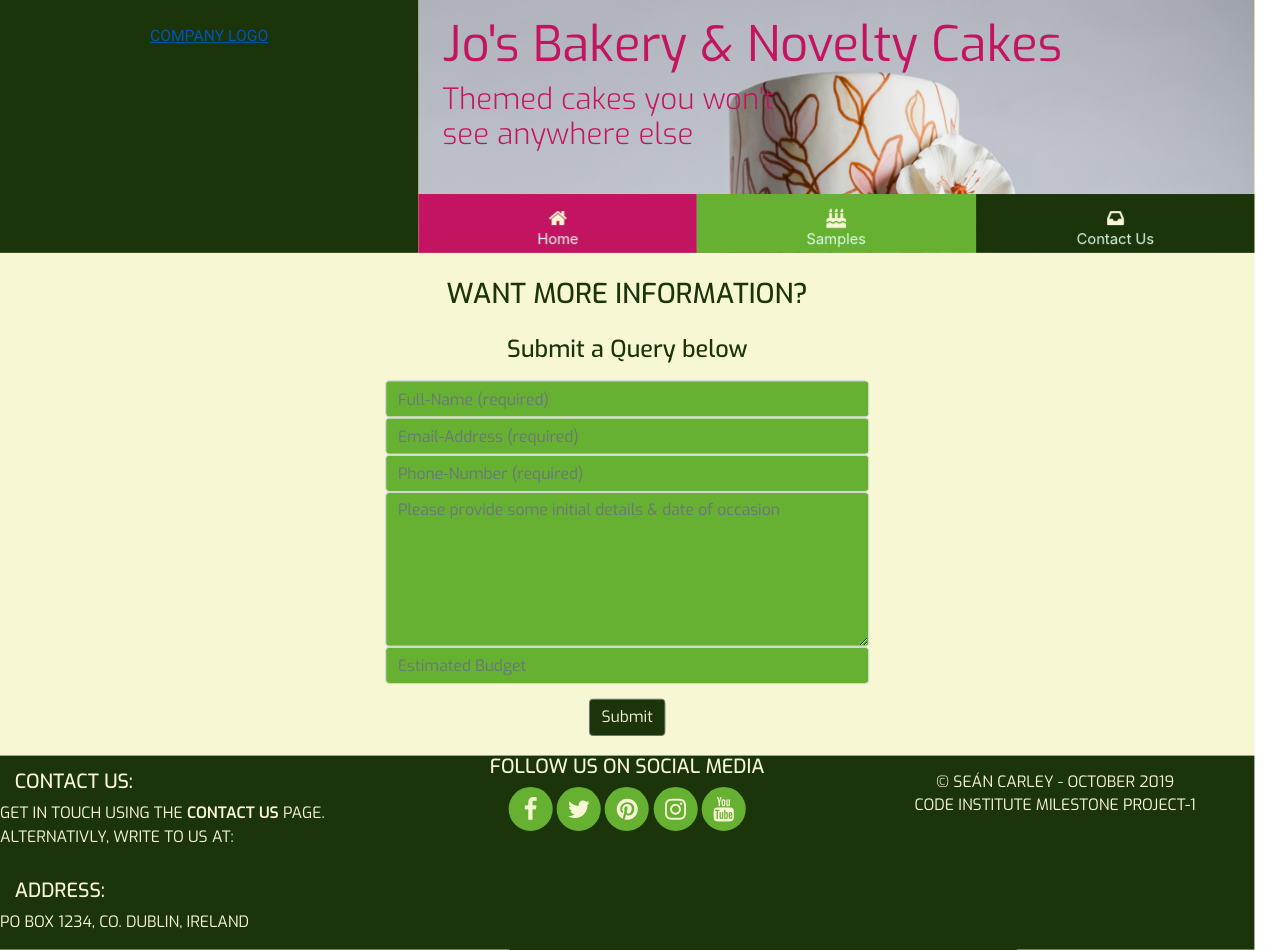
Repository: seanjcarley/Milestone1
Page: contact.html
The author's editor kept a record of every edit. The page is drawn from the files as they stood at one moment, then again after the next edit.
The browser window is 1280 px wide. The page is 1295 px wide, so the pictures cover 1295 px, including what lies to the right of the window. The pictures show the whole page, at 98% of full size.

Above is the page before.

### contact.html
<!DOCTYPE html>
<html lang="en">

<head>
    <meta charset="UTF-8">
    <meta name="viewport" content="width=device-width, initial-scale=1.0">
    <meta http-equiv="X-UA-Compatible" content="ie=edge">
    <link rel="stylesheet" href="https://stackpath.bootstrapcdn.com/bootstrap/4.3.1/css/bootstrap.min.css" type="text/css" />
    <link rel="stylesheet" href="https://stackpath.bootstrapcdn.com/font-awesome/4.7.0/css/font-awesome.min.css" type="text/css">
    <link rel="stylesheet" href="https://cdnjs.cloudflare.com/ajax/libs/hover.css/2.3.1/css/hover-min.css" type="text/css">
    <link rel="stylesheet" href="css/style.css">
    <title>Jo's Bakery and Novelty Cakes</title>
</head>

<body>
    <header>
        <div class="row no-gutters">
            <a href="#" class="col-md-4 logo">COMPANY LOGO</a>
            <div class="col-md-8 cake-image">
                <div class="row no-gutters">
                    <div class="col page-header">
                        <h1 class="name caps">Jo's Bakery & Novelty Cakes</h1>
                        <h2 class="tag-line caps">Themed cakes you won’t<br/>see anywhere else</h2>
                    </div>
                </div>
                <div class="row no-gutters">
                    <div class="col">
                        <ul id="nav" class="list-inline menucontainer">
                            <li class="col col-sm-4 menu-item-color-home list-inline-item menuitem">
                                <a class="hvr-sweep-to-right" href="index.html"><i class="fa fa-home" aria-hidden="true"></i><span>Home</span></a>
                            </li>
                            <li class="col col-sm-4 menu-item-color-samples list-inline-item menuitem">
                                <a class="hvr-sweep-to-right" href="showcase.html"><i class="fa fa-birthday-cake" aria-hidden="true"></i><span>Samples</span></a>
                            </li>
                            <li class="col col-sm-4 menu-item-color-contact list-inline-item menuitem">
                                <a class="hvr-sweep-to-right" href="contact.html"><i class="fa fa-inbox" aria-hidden="true"></i><span>Contact Us</span></a>
                            </li>
                        </ul>
                    </div>
                </div>
            </div>
        </div>
    </header>
    <section class="container-fluid section-color">
        <div class="row">
            <div class="col-md-2"></div>
            <div class="col-md-8">
                <h3 class="form-heading uppercase">Want more Information?</h3>
                <h4 class="form-heading">Submit a Query below</h4>
                <div class="center-form">
                    <form>
                        <input type="text" name="fullname" id="name-field" class="form-control" placeholder="Full-Name (required)" required/>
                        <input type="text" name="emailaddress" id="email-field" class="form-control" placeholder="Email-Address (required)" required/>
                        <input type="text" name="phonenumber" id="phone-field" class="form-control" placeholder="Phone-Number (required)" required/>
                        <textarea rows="6" name="details" id="desc-field" class="form-control" placeholder="Please provide some initial details & date of occasion"></textarea>
                        <input type="text" name="budget" id="budget-field" class="form-control" placeholder="Estimated Budget"/>
                        <!--***Possible slider for selecting budget***
                        <label>Estimated Budget</label>
                        <input type="range" min="100" max="1000"/>-->
                        <div class="form-row text-center">
                            <div class="col">
                                <button type="submit" class="btn btn-secondary">Submit</button>
                            </div>
                        </div>
                    </form>
                </div>
            </div>
            <div class="col-md-2"></div>
        </div>
    </section>
     <footer class="footer-color">
        <div class="row">
            <div class="col-md-4">
                <!--<h1>FOOTER1</h1>-->
                <h5 class="footer-h5 uppercase">Contact us: </h5>
                <p class="footer-text uppercase">Get in touch using the <a href="contact.html"><span class="bold">Contact us</span></a> page. Alternativly, write to us at:</p>
                <h5 class="footer-h5 uppercase">Address: </h5>
                <p class="footer-address uppercase">
                    PO Box 1234, <!--<br/>-->
                    Co. Dublin, <!--<br/>-->
                    Ireland
                </p>
            </div>
            <div class="col-md-4 social">
                <!--<h1>FOOTER2</h1>-->
                <h5 class="uppercase">Follow us on Social Media</h5>
                <ul class="list-inline social-icons">
                    <li class="list-inline-item socialitem">
                        <a target="_blank" href="#">
                            <i class="fa fa-facebook" aria-hidden="true"></i>
                            <span class="sr-only">Facebook</span> <!-- This will be read by a screen reader. It does not show on the page -->
                        </a>
                    </li>
                    <li class="list-inline-item socialitem">
                        <a target="_blank" href="#">
                            <i class="fa fa-twitter" aria-hidden="true"></i>
                            <span class="sr-only">Twitter</span> <!-- This will be read by a screen reader. It does not show on the page -->
                        </a>
                    </li>
                    <!--<li class="list-inline-item socialitem">
                        <a target="_blank" href="#">
                            <i class="fa fa-linkedin" aria-hidden="true"></i>
                            <span class="sr-only">LinkedIn</span>
                        </a>
                    </li>-->
                    <li class="list-inline-item socialitem">
                        <a target="_blank" href="#">
                            <i class="fa fa-pinterest" aria-hidden="true"></i>
                            <span class="sr-only">Pinterest</span> <!-- This will be read by a screen reader. It does not show on the page -->
                        </a>
                    </li>
                    <li class="list-inline-item socialitem">
                        <a target="_blank" href="#">
                            <i class="fa fa-instagram" aria-hidden="true"></i>
                            <span class="sr-only">Instagram</span> <!-- This will be read by a screen reader. It does not show on the page -->
                        </a>
                    </li>
                    <li class="list-inline-item socialitem">
                        <a target="_blank" href="#">
                            <i class="fa fa-youtube" aria-hidden="true"></i>
                            <span class="sr-only">YouTube</span> <!-- This will be read by a screen reader. It does not show on the page -->
                        </a>
                    </li>
                </ul>
            </div>
            <div class="col-md-4 copyrite uppercase">
                <!--<h1>FOOTER3</h1>-->
                &copy; Seán Carley - October 2019
                <br/> Code Institute Milestone Project-1
            </div>
        </div>
    </footer>
</body>

</html>

### css/style.css
@import url('https://fonts.googleapis.com/css?family=Roboto:100,200,300,400,500,600,700|Exo:100,200,300,400,500,600,700');

/*----------------------------------------------------------------------------*/
/* Colours */
/*----------------------------------------------------------------------------*/

.menu-item-color-home {
    background-color: #C21460;
    color: #F7F7D4;
}

.menu-item-color-samples {
    background-color: #66B032;
    color: #F7F7D4;
}

.menu-item-color-contact {
    background-color: #1B3409;
    color: #F7F7D4;
}

.section-color {
    background-color: #F7F7D4;
    color: #1B3409;
}

.side-section {
    background-color: #66B032;
}

.footer-color {
    background-color: #1B3409;
    color: #F7F7D4;
}

/*----------------------------------------------------------------------------*/
/* Body */
/*----------------------------------------------------------------------------*/

body {
    margin: 0;
    min-height: 100%;
}

/*----------------------------------------------------------------------------*/
/* Header */
/*----------------------------------------------------------------------------*/

header {
    margin: 20;
    background-color: #fefe33;
}

.cake-image {
    background: url("../images/980x1123Slider_0004_Slider_2_Left.jpg");
    background-size: cover;
}

.page-header {
    margin-top: 15px;
    margin-bottom: 35px;
}

.name {
    font-family: "Exo", sans-serif;
    font-weight: 400;
    font-size: 50px;
    margin-left: 25px;
    color: #C21460;
}

.tag-line {
    font-family: "Exo", sans-serif;
    font-weight: 300;
    font-size: 30px;
    margin-left: 25px;
    color: #C21460;
    /*color: #66B032;*/
}

.logo {
    background: url("#");
    background-position: center;
    background-repeat: no-repeat;
    background-size: cover;
    background-color: #1B3409;
    font-family: "Roboto", sans-serif;
    text-align: center;
    padding-top: 25px;
    min-height: 240px;
}

.list-inline-item:not(:last-child) {
    margin-right: 0;
}

.menucontainer {
    font-size: 0;
}

#nav li {
    font-size: 14px;
    padding: 0;
}

#nav {
    margin: 0;
}

.menuitem {
    height: 60px;
    text-align: center;
    padding: 0;
}

.menuitem a {
    width: 100%;
    text-decoration: none;
    color: #defdef;
    height: 100%;
}

.menuitem a i {
    padding-top: 15px;
    display: block;
    color: #F7F7D4;;
    font-size: 20px;
}

.menuitem span {
    display: block;
    font-size: 15px;
}

.hvr-sweep-to-bottom:before,
.hvr-sweep-to-top:before,
.hvr-sweep-to-right:before {
    background: rgba(0, 0, 0, 0.2);
    height: 60px;
}

/*----------------------------------------------------------------------------*/
/* Index Section */
/*----------------------------------------------------------------------------*/

section {
    margin: 0;
    font-family: "Exo", sans-serif;
}

.main-section {
    padding-left: 15px;
}

.origin {
    text-align: center;
    padding-top: 15px;
}

.section-txt {
    margin: 15px;
}

.section-txt a {
    text-decoration: none;
    color: #1B3409;
}

.section-txt a:hover {
    color: #C21460;
}

.question {
    text-align: center;
}

/*----------------------------------------------------------------------------*/
/* Contact Section */
/*----------------------------------------------------------------------------*/

.form-heading {
    font-family: "Exo", sans-serif;
    font-weight: 500;
    margin-top: 25px;
    /*margin-bottom: ;*/
    text-align: center;
}

.center-form {
    padding-top: 10px;
    margin: 0 auto;
    max-width: 60%;
    text-align: center;
}

button[type="submit"] {
    margin-top: 15px;
    margin-bottom: 20px;
    color: #F7F7D4;
    background-color: #1B3409;
}

button[type="submit"]:hover {
    color: #66B032;
    background-color: #C21460;
    font-weight: 300;
     transition: all 0.35s ease-in-out;
    -moz-transition: all 0.35s ease-in-out;
    -webkit-transition: all 0.35s ease-in-out;
    -o-transition: all 0.35s ease-in-out;
}

#name-field {
    background-color: #66B032;
    color: #F7F7D4;
}

#email-field {
    background-color: #66B032;
    color: #F7F7D4;
}

/* Trying to overe ride the color of the placeholder text on the form */
/*#email-field:before {
    background-color: #66B032;
    color: #66B032;
}*/

#phone-field {
    background-color: #66B032;
    color: #F7F7D4;
}

#desc-field {
    background-color: #66B032;
    color: #F7F7D4;
}

#budget-field {
    background-color: #66B032;
    color: #F7F7D4;
}

/*----------------------------------------------------------------------------*/
/* Footer */
/*----------------------------------------------------------------------------*/

footer {
    margin: 0;
    font-family: "Exo", sans-serif;
}

.footer-text {

}

.footer-text a {
    text-decoration: none;
    color: #F7F7D4;
}

.footer-text a:hover {
    color: #66B032;
}

.footer-h5 {
    padding-left: 15px;
    padding-top: 15px;
}

.copyrite {
    text-align: center;
    margin-top: 15px;
    font-size: 100;
}

.social {
    text-align: center;
    /*margin-top: 15px;*/
}

/*.social-icons li a {

}*/

.social-icons li a i {
    width: 45px;
    height: 45px;
    padding: 6px 0;
    /*margin-top: 5px;*/
    border-radius: 50%;
    font-size: 25px;
    background-color: #66B032;
    color: #F7F7D4;
    text-align: center;
    line-height: 35px;
    transition: all 0.35s ease-in-out;
    -moz-transition: all 0.35s ease-in-out;
    -webkit-transition: all 0.35s ease-in-out;
    -o-transition: all 0.35s ease-in-out;
}

.social-icons li a i:hover {
    background-color: #C21460;
    color: #66B032;
}

.socialitem span {
    display: block;
    width: 100%;
    font-size: 35px;
}

.bold {
    font-weight: 600;
}

.uppercase {
    text-transform: uppercase;
}

/*----------------------------------------------------------------------------*/
/* Media Queries */
/*----------------------------------------------------------------------------*/

@media (max-width:767px) {
    .logo {
        display: none;
    }

    .page-header {
    margin-top: 15px;
    margin-bottom: 10px;
    color: #F7F7D4;
    }

    .desktop {
        display: none;
    }
}

After the next edit:
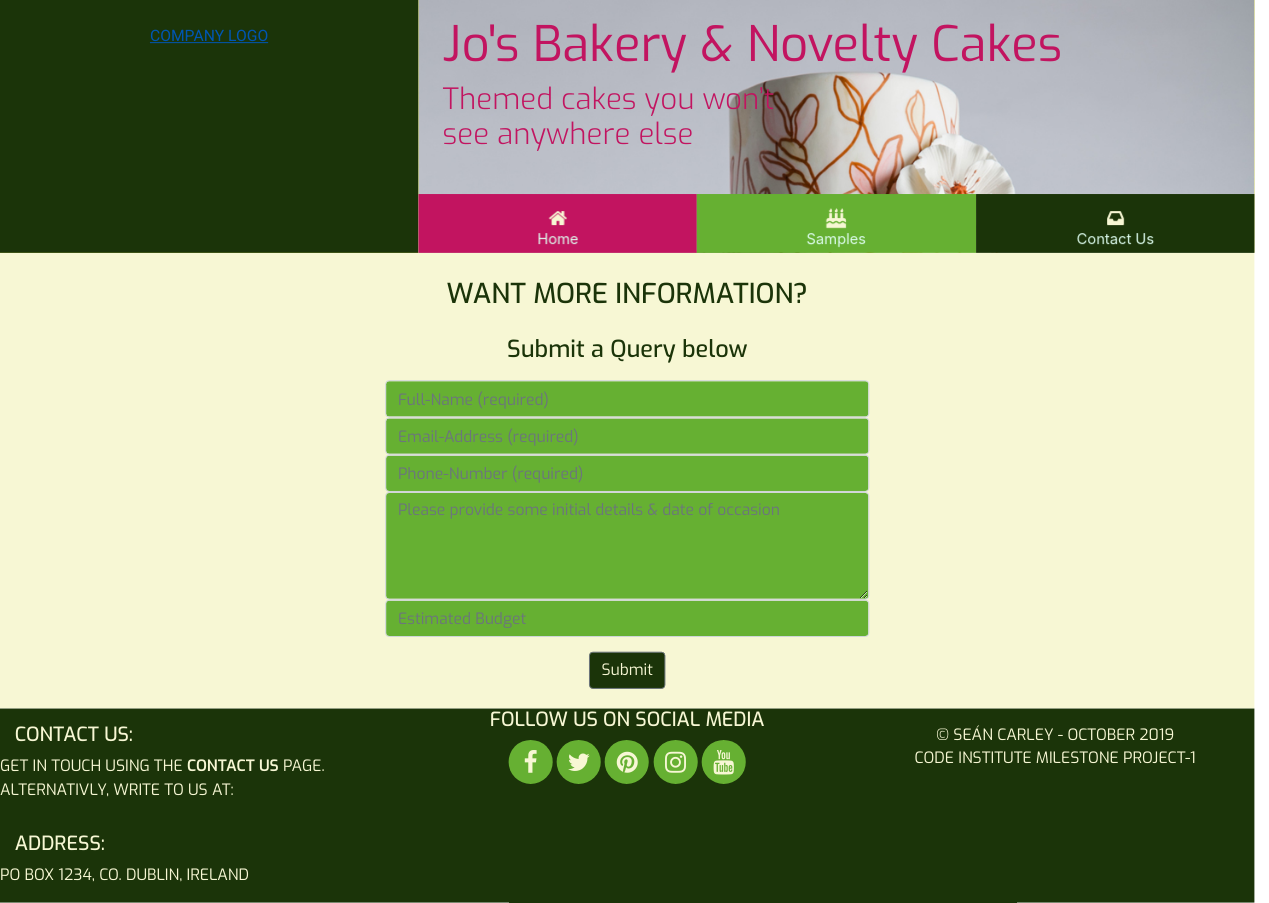
The edit:
--- a/contact.html
+++ b/contact.html
@@ -52,7 +52,7 @@
                         <input type="text" name="fullname" id="name-field" class="form-control" placeholder="Full-Name (required)" required/>
                         <input type="text" name="emailaddress" id="email-field" class="form-control" placeholder="Email-Address (required)" required/>
                         <input type="text" name="phonenumber" id="phone-field" class="form-control" placeholder="Phone-Number (required)" required/>
-                        <textarea rows="6" name="details" id="desc-field" class="form-control" placeholder="Please provide some initial details & date of occasion"></textarea>
+                        <textarea rows="4" name="details" id="desc-field" class="form-control" placeholder="Please provide some initial details & date of occasion"></textarea>
                         <input type="text" name="budget" id="budget-field" class="form-control" placeholder="Estimated Budget"/>
                         <!--***Possible slider for selecting budget***
                         <label>Estimated Budget</label>
